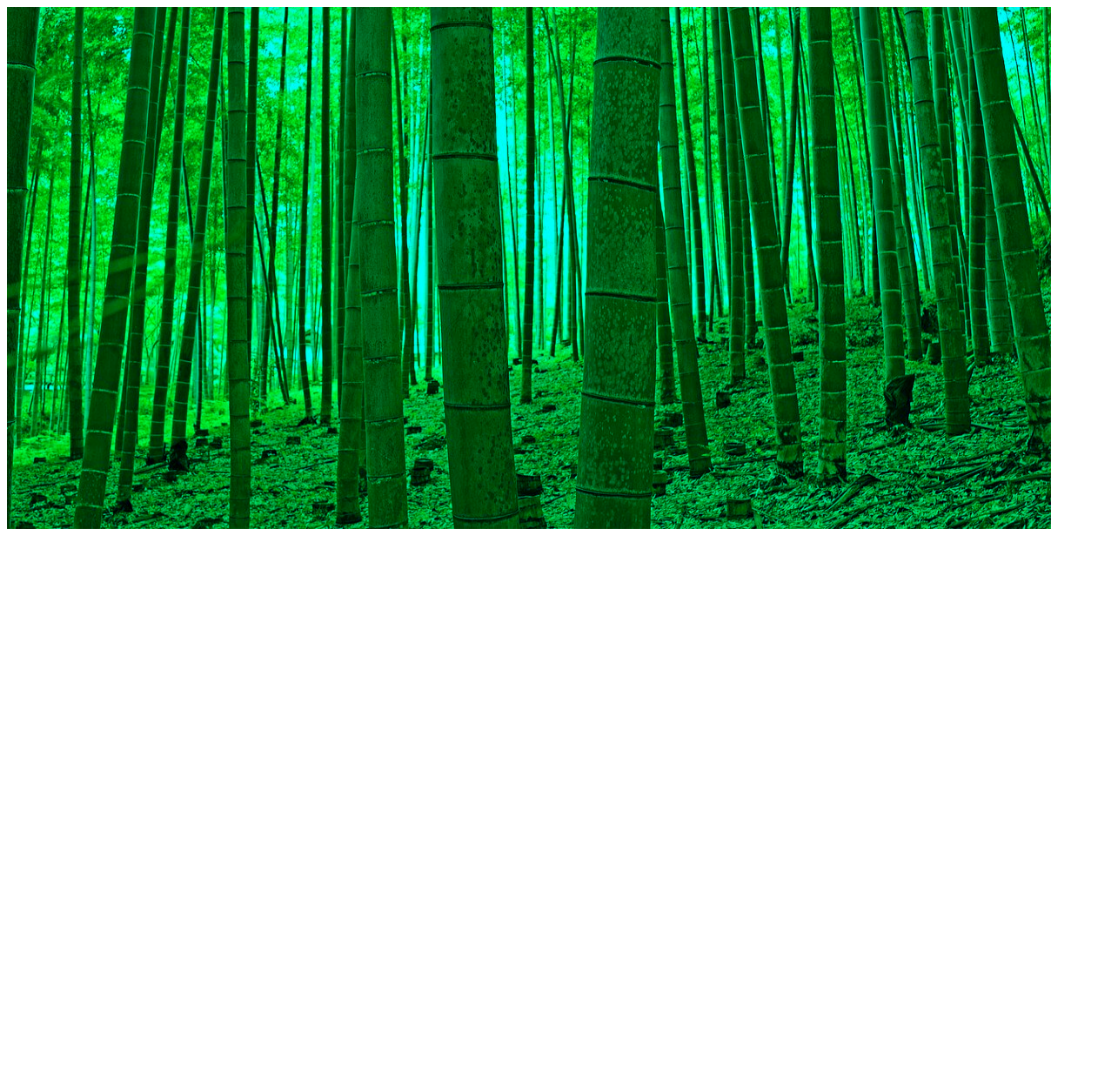
Repository: tanasa-mircea/playground
Page: canvas-filters/index.html
The author's editor kept a copy of each file at every save. The page is drawn from the files as they stood at one save, then again after the next save.
The browser window is 1280 px wide. The pictures show the whole page, at 87% of full size.

Above is the page before, as saved 2019-02-08 11:27:08.

After the next save:
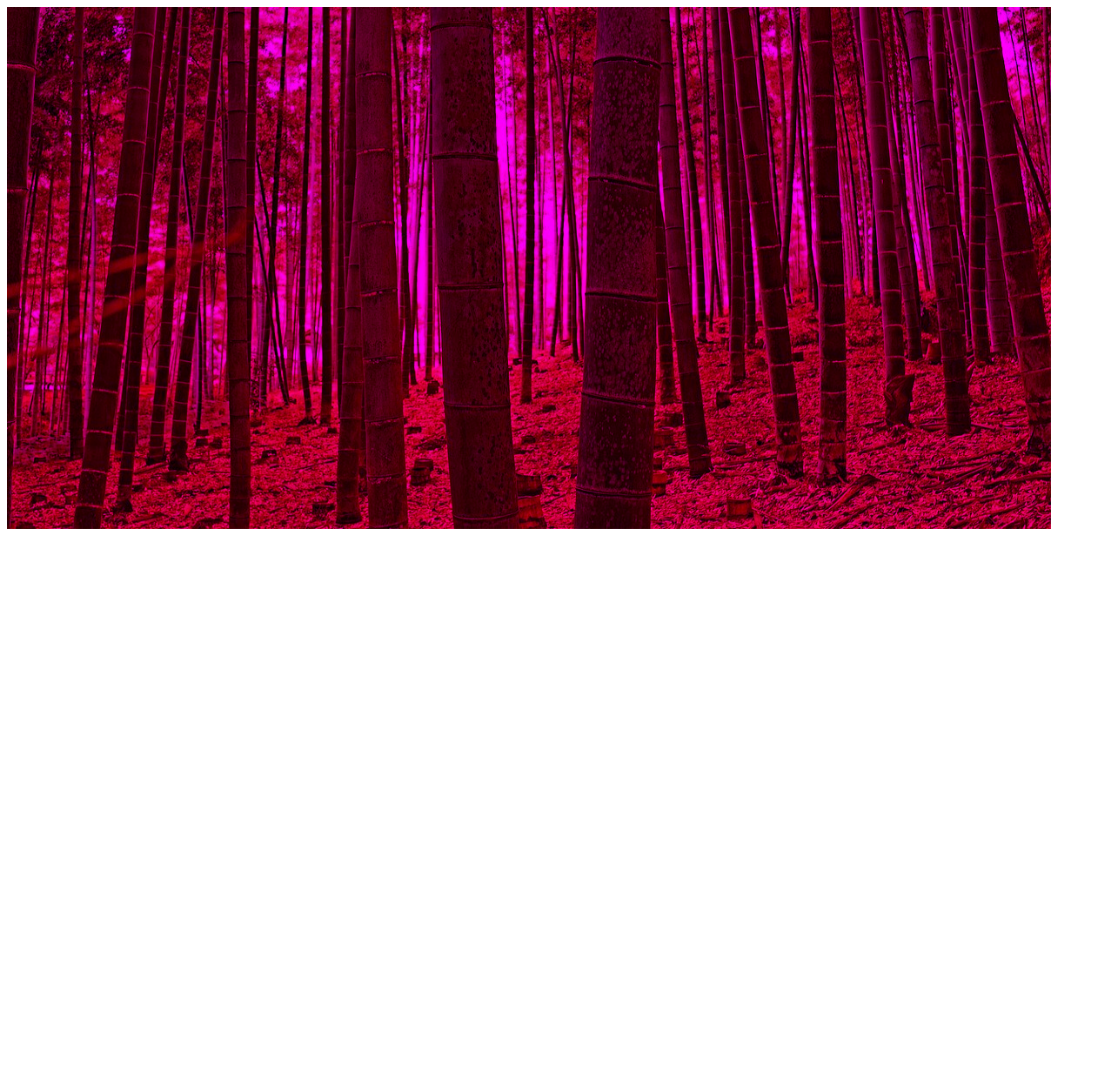
Saved 28 s later.
--- a/canvas-filters/main.js
+++ b/canvas-filters/main.js
@@ -55,7 +55,7 @@ function adjustBrightness(pixels, options) {
 function makeSepia(pixels) {
   var data = pixels.data;
   for (var i=0; i<data.length; i+=4) {
-    data[i] = 0
+    data[i+1] = 0;
     var r = data[i];
     var g = data[i+1];
     var b = data[i+2];
